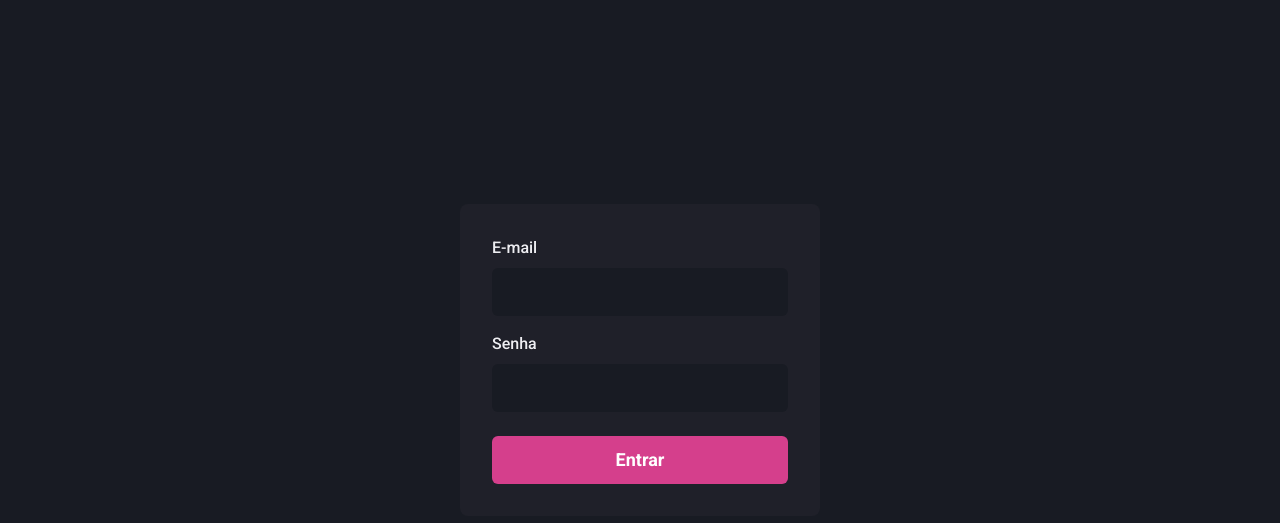
Repository: viniciusfg05/DashGo
Page: /
These files come from the project's save history. The page is drawn as it stood at one moment and after the next save; the edit follows.
The browser window is 1280 px wide. The pictures show the whole page.
The project was rebuilt for these pictures with package versions that can differ from the ones it lists, and the page was loaded fresh each time. The framework's server and built-in components were replaced by stand-ins that run in the browser. Also part of the build but not shown: next.config.js.

Above is the page before, as saved 2022-03-26 09:22:12.

### src/pages/_app.tsx
import { AppProps } from 'next/app'
import { ChakraProvider } from '@chakra-ui/react'
import { chakraConfigTheme } from '../styles/chakraConfigTheme'

function MyApp({ Component, pageProps }: AppProps) {
  return (
    <ChakraProvider theme={chakraConfigTheme}>
      <Component {...pageProps} />
    </ChakraProvider>
  )
}

export default MyApp

// * resetCSS : Reseta as configurações do CSS predefinidas

### src/pages/_document.tsx
import { Html, Head, Main, NextScript } from 'next/document'

export default function Document() {
  return (
    <Html>
      <Head>
        <link rel="preconnect" href="https://fonts.googleapis.com" />
        <link rel="preconnect" href="https://fonts.gstatic.com" />
        <link href="https://fonts.googleapis.com/css2?family=Roboto:wght@400;500;700&display=swap" rel="stylesheet" />
      </Head>
      <body>
        <Main />
        <NextScript />
      </body>
    </Html>
  )
}

### src/pages/index.tsx
import { Button, Flex, Input, Stack, FormLabel, FormControl} from "@chakra-ui/react";

export default function Home() {
  return (
    <Flex
      w="100vw"
      h="100vh"
      align="center"
      justify="center"
    >
      <Flex
        as="form"
        width="100%"
        maxWidth={360}
        bg="gray.800"
        borderRadius={8}
        flexDir="column"
        p="8"
      >

        <Stack spacing={4}>


        <FormControl>
          <FormLabel htmlFor="email">E-mail</FormLabel>          <Input

          id="email"
          name="email"
          type="email"
          focusBorderColor="pink.500"
          bgColor="gray.900"
          variant={"filled"}
          _hover={{
            bgColor: 'gray-900'
          }}
          size="lg"
          />

        </FormControl>

          <FormControl>
            <FormLabel htmlFor="password">Senha</FormLabel>

            <Input
            id='password'
            name="password"
            type="password"
            focusBorderColor="pink.500"
            bgColor="gray.900"
            variant={"filled"} //variente se o input tem borda ou não
            _hover={{
              bgColor: 'gray-900'
            }}
            size="lg"
            />
          </FormControl>

        </Stack>

        <Button type="submit" colorScheme="pink" mt="6" size="lg">
          Entrar
        </Button>
      </Flex>
    </Flex>
  )
}

### src/styles/chakraConfigTheme.ts
import { extendTheme, Heading, Theme } from '@chakra-ui/react'

//extender a configurações que o meu theme tem. Mudando a estilização no component
export const chakraConfigTheme = extendTheme({
  colors: {
    gray: {
      "900": "#181B23",
      "800": "#1F2029",
      "700": "#353646",
      "600": "#4B4D63",
      "500": "#616480",
      "400": "#797D9A",
      "300": "#9699B0",
      "200": "#B3B5C6",
      "100": "#D1D2DC",
      "50": "#EEEEF2",
    }
  },
  fonts: {
    body: 'Roboto',
    Heading: 'Roboto'
  },
  styles: {
    global: {
      body: {
        bg: 'gray.900',
        color: 'gray.50'
      }
    }
  }
} as Theme | {} )

After the next save:
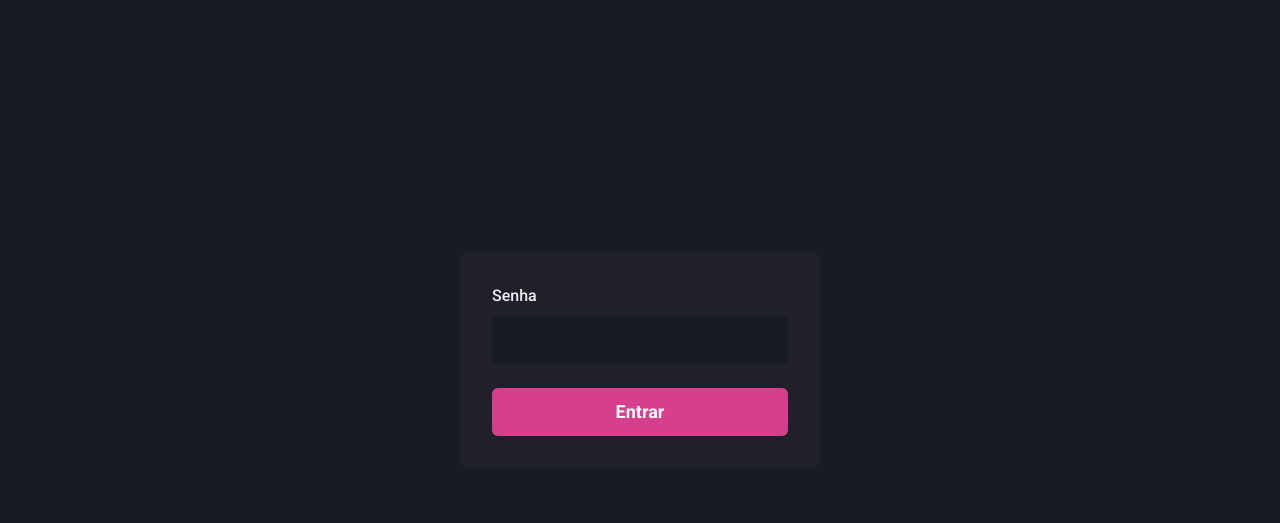
Saved 7 s later.
--- a/src/pages/index.tsx
+++ b/src/pages/index.tsx
@@ -21,22 +21,7 @@ export default function Home() {
         <Stack spacing={4}>
 
 
-        <FormControl>
-          <FormLabel htmlFor="email">E-mail</FormLabel>          <Input
 
-          id="email"
-          name="email"
-          type="email"
-          focusBorderColor="pink.500"
-          bgColor="gray.900"
-          variant={"filled"}
-          _hover={{
-            bgColor: 'gray-900'
-          }}
-          size="lg"
-          />
-
-        </FormControl>
 
           <FormControl>
             <FormLabel htmlFor="password">Senha</FormLabel>
